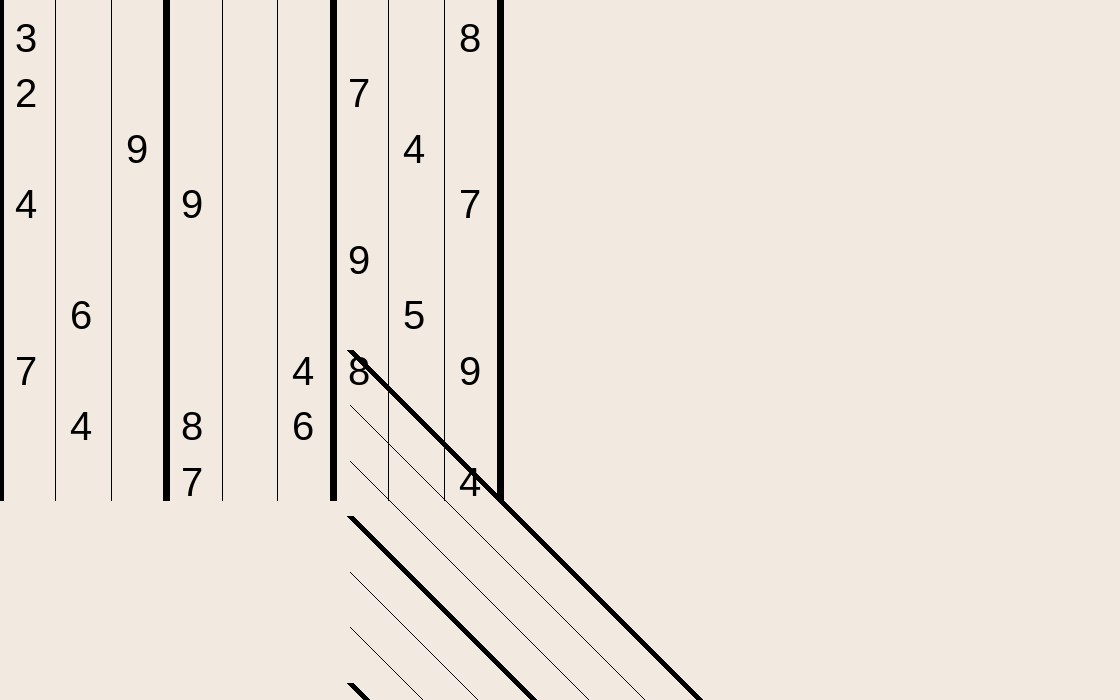
Repository: JensVL96/Puzzle-solver-for-fun
Script's output: python sudoku.py
The author's editor kept a copy of each file at every save. The script's output is drawn from the files as they stood at one save, then again after the next save.
The window is shown after at most 60 frames with no key pressed. A system font it names is replaced by a similar one. Random numbers start from a fixed seed.

Above is the script's output before, as saved 2020-10-30 01:34:00.

After the next save:
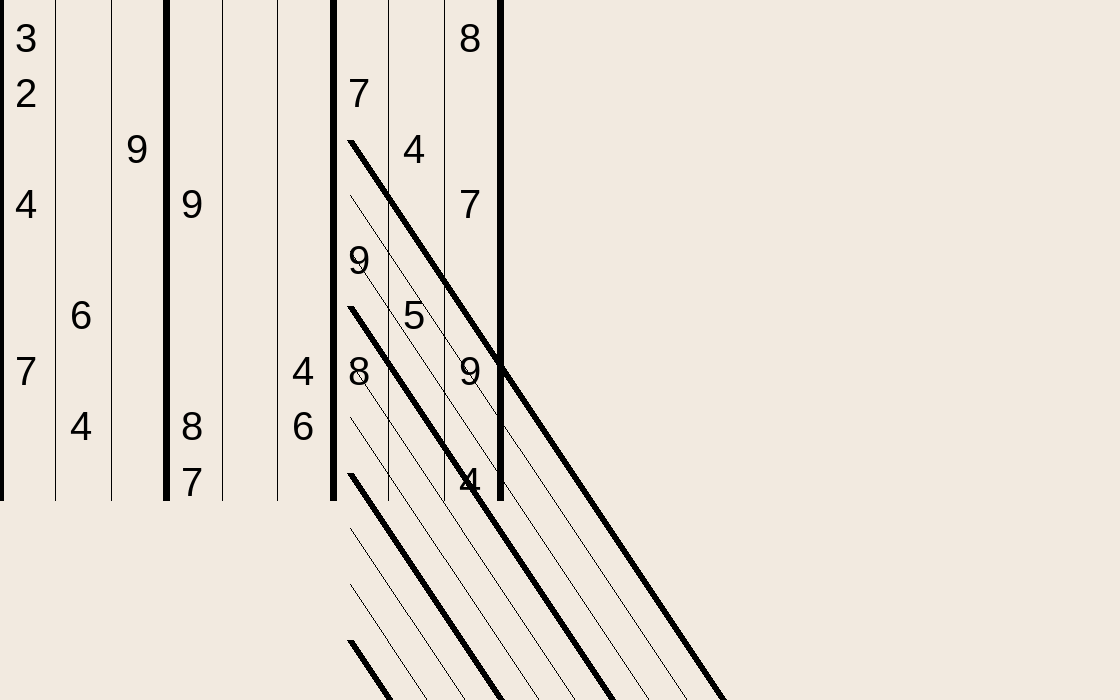
Saved 41 s later.
--- a/sudoku.py
+++ b/sudoku.py
@@ -189,7 +189,7 @@ class Display_board():
 
     def draw(self, grid):
         start_pos_x = (SCREEN_WIDTH / 2) - (BORDER_SIZE / 2)
-        start_pos_y = (SCREEN_WIDTH / 2) - (BORDER_SIZE / 2)
+        start_pos_y = (SCREEN_HEIGHT / 2) - (BORDER_SIZE / 2)
         end_pos_x = (SCREEN_WIDTH / 2) + (BORDER_SIZE / 2)
         end_pos_y = (SCREEN_WIDTH / 2) + (BORDER_SIZE / 2)
 
